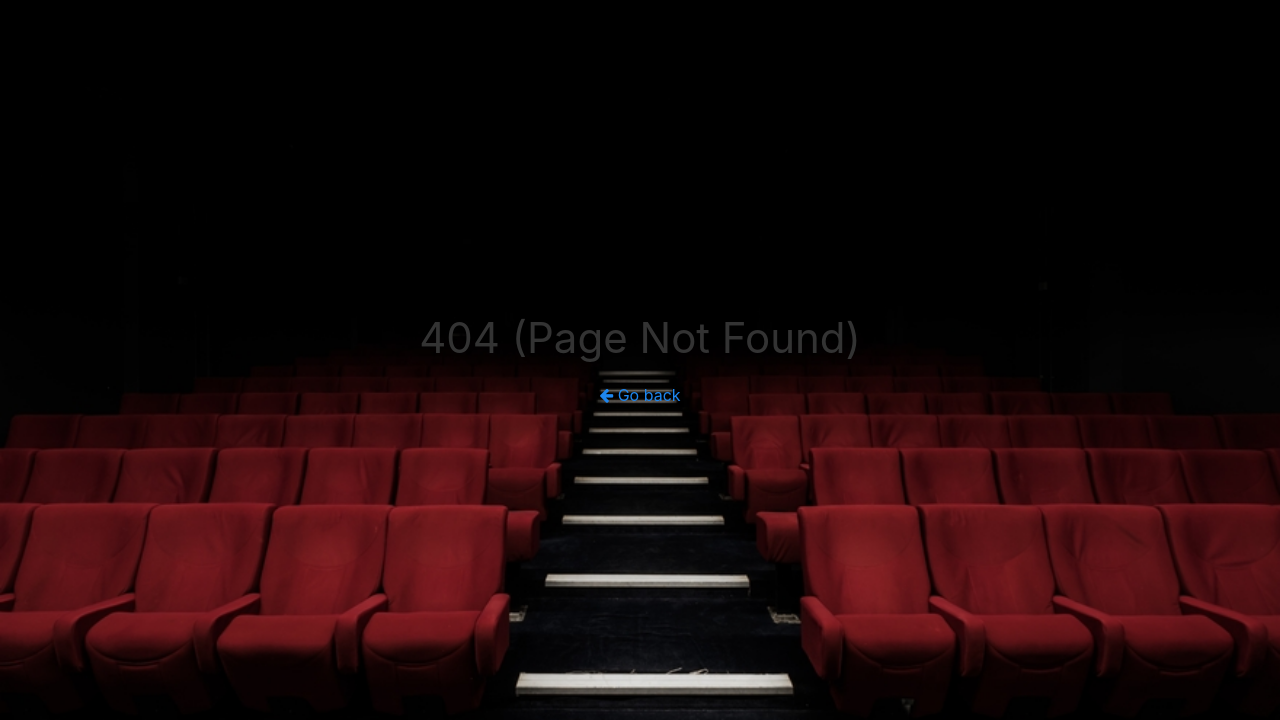
Repository: latenightsnacc/movie-db-app
Page: error.html
The author's editor kept a copy of each file at every save. The page is drawn from the files as they stood at one save, then again after the next save.
The browser window is 1280 px wide. The pictures show the whole page.
The style sheet was rebuilt from its Sass, Less or Tailwind sources for each picture, by a compiler version that may differ from the author's.

Above is the page before, as saved 2020-06-19 10:33:30.

### error.html
<!DOCTYPE html>
<html lang="en">
<head>
    <meta charset="UTF-8">
    <meta name="viewport" content="width=device-width, initial-scale=1.0">
    <!--Bootstrap-->
    <link rel="stylesheet" href="bootstrap-4.4.1-dist/bootstrap-4.4.1-dist/css/bootstrap.min.css">
    <!--Font Awesome-->
    <link rel="stylesheet" href="https://stackpath.bootstrapcdn.com/font-awesome/4.7.0/css/font-awesome.min.css">
    <!--UI kit-->
    <link rel="stylesheet" href="uikit-3.4.6/css/uikit.min.css">
    <!--Custom css-->
    <link rel="stylesheet" href="Stylesheet/stylesheet.css">
    <title>Movie App</title
</head>
<body>
    <main>
        <div class="container">
            <div class="error404">
                <h1>404 (Page Not Found)</h1>
                <a href="#" class="goBack"><i class="fa fa-arrow-left"></i>  Go back </a>
            </div>

        </div>
    </main>
    <!--Scripts-->
    <script src="https://code.jquery.com/jquery-3.4.1.slim.min.js" integrity="sha384-J6qa4849blE2+poT4WnyKhv5vZF5SrPo0iEjwBvKU7imGFAV0wwj1yYfoRSJoZ+n" crossorigin="anonymous"></script>
    <script src="https://cdn.jsdelivr.net/npm/popper.js@1.16.0/dist/umd/popper.min.js" integrity="sha384-Q6E9RHvbIyZFJoft+2mJbHaEWldlvI9IOYy5n3zV9zzTtmI3UksdQRVvoxMfooAo" crossorigin="anonymous"></script>
    <script src="https://stackpath.bootstrapcdn.com/bootstrap/4.4.1/js/bootstrap.min.js" integrity="sha384-wfSDF2E50Y2D1uUdj0O3uMBJnjuUD4Ih7YwaYd1iqfktj0Uod8GCExl3Og8ifwB6" crossorigin="anonymous"></script>
    <script src="bootstrap-4.4.1-dist/bootstrap-4.4.1-dist/js/bootstrap.min.js"></script>
    <script src="uikit-3.4.6/js/uikit.min.js"></script>
</body>
</html>

### Stylesheet/stylesheet.scss
@import 'variables';
@import 'animations';
@import 'header';
@import 'hero';
@import 'menu';
@import 'cards';
@import 'footer';
@import 'login';
@import 'movieInfoCard';
@import 'movieCast';
@import 'searchBtn';
@import 'modal';
@import 'NoWatchlist';
@import 'Error404';

*{
    margin: 0;
    padding: 0;
    list-style: none;
    text-decoration: none;
    outline: none;
}

body{
    background-image: $bg-Img;
    overflow-x: hidden !important;
    min-height: 100vh;
    background-size: cover;
    background-repeat: no-repeat;
    background-position: center;
}

.main {
    width: 100vw;
}
.row {
    margin: 20px 0px;
}

### Stylesheet/_variables.scss
@import url('https://fonts.googleapis.com/css2?family=IBM+Plex+Sans:wght@300;700&display=swap');

$font: 'IBM Plex Sans', sans-serif;
$bg-Img: url("/bg.jpg");
$transparent-bg: rgba(black, 0.5);
$dark: black;
$light: #fff;
$silver: #867c7c;
$golden: #DAA520;
$box-shadow: 0 5px 10px rgba($golden,0.4);
$box-shadow2: 0 2px 4px 1px rgba($golden,0.4);
$btn-shadow: 2px 20px 25px -15px rgba(0, 0, 0, 0.54);

### Stylesheet/_animations.scss
@keyframes animateOpacity {
    0% {
      opacity: 0;
    }
    100% {
      opacity: 1;
    }
  }

  @keyframes animateScale {
    0% {
      transform: scale(1.1);
    }
    100% {
      transform: scale(1);
    }
  }


  @keyframes pulse {
    from {
      transform: scale3d(1, 1, 1);
    }

    50% {
      transform: scale3d(1.05, 1.05, 1.05);
    }

    to {
      transform: scale3d(1, 1, 1);
    }
  }


  @-webkit-keyframes fadeIn {
    from {
      opacity: 0;
    }

    to {
      opacity: 1;
    }
  }

  @keyframes fadeIn {
    from {
      opacity: 0;
    }

    to {
      opacity: 1;
    }
  }

  .fadeIn {
    -webkit-animation-name: fadeIn;
    animation-name: fadeIn;
  }

  .animated {
    -webkit-animation-duration: 1s;
    animation-duration: 1s;
    -webkit-animation-fill-mode: both;
    animation-fill-mode: both;
  }

### Stylesheet/header.scss
@import 'variables';

.header {
    .nav{
        width: 100%;
        background-color: $dark;
        display: flex;
        align-items: center;
        justify-content: space-between;
        padding: 20px 0px;

        .navbar-items {
            display: flex;

            a.item{
                display: flex;
                align-items: center;
                margin-left: 12px;
                color: $golden;
                text-transform: uppercase;

                span.nav-icon{
                    color: $light;

                    .fa {
                        color: $light;
                        height: 40px;
                        width: 40px;
                        display: flex;
                        justify-content: center;
                        align-items: center;
                        border: 1px solid $light;
                        border-radius: 50%;
                    }
                }
                span.menu-text {
                    color: $golden !important;
                    padding-left: 10px;
                }

                &:hover{
                    text-decoration: none !important;
                    span.nav-icon{
                        color: $golden;

                        .fa{
                            color: golden;
                        }
                    }
                }

            }
            a.item.active {
                span.nav-icon{
                    color: $golden !important;

                    .fa{
                        color:$golden !important;
                    }
                }
            }
        }
    }

}

@media screen and (max-width: 600px){
    .header {
        .nav{
            justify-content: space-between;
            padding: 20px 0px;

            .navbar-items {
                display: flex;

                a.item{
                    display: flex;
                    align-items: center;
                    margin-left: 12px;
                    color: $golden !important;

                    span.nav-icon{
                        color: $golden;
                        .fa {
                            color: $golden !important;
                            height: 40px;
                            width: 40px;
                            display: flex;
                            justify-content: center;
                            align-items: center;
                            border: 1px solid $light;
                            border-radius: 50%;
                        }

                        &:hover {
                            transform: scale(1.2);
                            .fa {
                                border: 1px solid $golden;
                            }
                        }
                    }
                    span.menu-text {
                        display: none;
                    }

                }
            }
        }

    }
}

### Stylesheet/hero.scss
@import 'variables';

.hero-slide {
    position: relative;

    .uk-slideshow-items{
        position: relative;

            img {
                filter: brightness(80%) !important;
                height: 100%;
                width: 100%;
                position: absolute;
                top: 0;
                left: 0;
                background-position: center;
            }

            .img-overlay{
                height: 100%;
                width: 100%;
                position: absolute;
                top: 0;
                left: 0;
                z-index: 999;
            }

    }

    .uk-slideshow-items:after {
        position: absolute;
        content:"";
        height:100%;
        width:100%;
        top:0;
        left:0;
        background: linear-gradient(to bottom, rgba(0,0,0,0.5) 10%,rgba(0, 0, 0, 1) 90%);
    }

    .movie-features {
        position: absolute;
        top: 40%;
        left: 10%;

        .title {
            color: $light;
            font-weight: 700;
            font-family: $font;
            font-size: 80px;
            line-height: 100px;
        }
        dd {
            color: $light;
            line-height: 20px;
            font-family: $font;
            font-weight: 300;

        }
        .stars {
            *{
                color: $golden;
                font-size: 50px;
                line-height: 60px;
                text-shadow: $box-shadow;
            }
        }
        .category {
            color: $light;
            line-height: 20px;
            padding: 5px 0px;
        }
    }

}

@media screen and (max-width:730px){

    .movie-features {
        top: 25% !important;
        left: 10%;

        .title {

            font-size: 50px;
            line-height: 70px;
        }
        dd {
            line-height: 16px;
            padding: 5px 7px;
        }
        .stars {
            *{
                color: $golden;
                font-size: 40px;
                line-height: 60px;
                text-shadow: $box-shadow;
            }
        }
        .category {
            color: $light;
            line-height: 20px;
            padding: 5px 0px;
            font-size: 18px;
        }
    }

}

### Stylesheet/menu.scss
@import 'variables';

.filterMenu {
    background-color: $transparent-bg;

    .menuList {
        display: flex;
        width: 100%;
        justify-content: space-around;
        padding: 20px 0px;

        li {
            a {
                color: $light;
                font-family: $font;
                font-size: 20px;
                border: 1px solid $light;
                padding: 10px;
                border-radius: 3px;

                &:hover {
                    text-decoration: none;
                }

                &.active{
                    color: $golden;
                    border: 1px solid $golden;
                    font-weight: 500;
                }
            }

        }

    }

}

@media screen and (max-width:600px){
    .filterMenu {
        background-color: $transparent-bg;
        margin: 20px 0;

        .menuList {
            display: flex;
            width: 100%;
            justify-content: center;
            align-items: center;



            li {
                margin-right: 7px;
                a {
                    color: $light;
                    font-family: $font;
                    font-size: 12px;
                    border: 1px solid $light;
                    padding: 5px;
                    border-radius: 3px;

                    &:hover {
                        text-decoration: none;
                    }

                    &.active{
                        color: $golden;
                        border: 1px solid $golden;
                        font-weight: 500;
                    }
                }

            }

        }

    }
}

### Stylesheet/cards.scss
@import 'variables';

.card {
    background-color: $dark;
    box-shadow: $box-shadow;
    border: 1px solid $transparent-bg;
    height: auto;
    border-radius: 0px;
    width: 200px;

    .card-img{
        height: 300px;
        width: 200px;

        img{
            height: 100%;
            width: 100%;
        }
    }


    .card-content {
        // display: flex;
        // justify-content: space-between;
        width: 100%;
        // padding-top: 10px;



        .movie-content{
            position: relative;
            padding-left: 10px;
            .watchlist-btn {
                top: 10px;
                right: 10px;
                position: absolute;
                height: 40px;
                width: 40px;
                display: flex;
                justify-content: center;
                align-items: center;
                border-radius: 50%;
                padding: 5px;
                border: 1px solid $golden;
                .fa {
                    color: $light;
                }
            }
            .movie-title{
                padding-top: 15px;
                color: $light;
            }
            p{
                color: $light;
                font-size: 13px;

            }
        }

        span.card-rating {
            position: absolute;
            left: 7px;
            top: 7px;
            height: 40px;
            width: 40px;
            margin-right: 5px;
            display: flex;
            justify-content: center;
            align-items: center;
            border-radius: 50%;
            padding: 5px;
            border: 1px solid $golden;
            color: $golden;
            background-color: $dark;

        }
    }

    &:hover {
        transform: translateY();
    }
}

@media screen and (max-width:600px){

    .container.card-row {
        display: flex !important;
        flex-direction: column !important;
        align-items: center !important;
        justify-content: center !important;
        width: 100% !important;
        overflow-x: hidden !important;

        .card {
            // margin-bottom: 25px;
            margin: 10px auto;
        }
    }
}

### Stylesheet/login.scss
@import 'variables';

.form {
    height: 100vh;
    display: flex;
    align-items: center;
    justify-content: center;

    form {
        padding: 10px;
        background-color: $dark;
        box-shadow: $box-shadow;
        border: 2px solid $dark;
        border-top: 1px solid $light;
        display: flex;
        flex-direction: column;
        justify-content: center;
        height: 400px;
        width: 350px;

        .form-title {
            font-size: 20px;
            font-family: $font;
            line-height: 40px;
            text-transform: uppercase;
            color: $light;
            text-align: center;
            font-weight: 500;
        }

        .form-row {
            margin: 15px 0px;

            .form-control, .input-group-text {
                background-color: $transparent-bg;
                border: 0;
                border-bottom: 2px solid $light;
                border-radius: 0;
                color: $light;
                padding: 2px 5px;

                &:focus-within {
                    border: 0;
                    outline: none;
                    outline-color: $transparent-bg !important;
                    border-radius: 0;
                }
            }
            .input-group-text {
                color: $golden;
            }

        }
        .login {
            display: flex;
            flex-direction: column;
            align-items: center;
            justify-content: center;

            input[type="submit"]{
                background-color: $light;
                color: $dark;
                width: 100%;
                border: 2px solid $light;
                font-weight: 500;
                font-family: $font;
                padding: 2px;
                font-size: 18px;
            }
            .login-icons {
                color: $light;
                padding-top: 7px;

                a{
                    .fa {
                        padding-left: 7px;
                        color: $golden;
                    }

                    &:hover {
                        text-decoration: none;
                        transform: scale(1.1);
                    }
                }


            }

            p {
                margin-top: 0;
                padding-top: 5px;
                color: $light;
                    a{
                        color: $golden;
                        text-decoration: none;

                        &:hover {
                            text-decoration: none;
                        }
                    }
            }
        }
    }
}

### Stylesheet/movieInfoCard.scss
@import 'variables';
@import 'animations';
.movie {
    margin-top: 130px;
    background-color: rgba(0,0,0,.5);
    color: #dee2e6;
    position: relative;
    display: grid;
    grid-template:
        "image info"
        "image stat";
    justify-content: start;
    grid-template-columns: 300px 1fr;
    position: relative;

    .movie-title{
        color: $golden;
        line-height: 25px;
        margin-bottom: 0 !important;
    }

    .movie-info {
        grid-area: info;
    }
    .movie-stat {
        background-color: rgba(0,0,0,.8);
        width: 100%;
        padding: 15px;
        font-size: 1em;
        color: #adb5bd;
        grid-area: stat;
        align-self: end;
    }

    .movie-tagline {
        -webkit-animation: animateOpacity 2s ease;
        animation: animateOpacity 2s ease;
        margin-bottom: 15px;
        font-size: 1.2em;
        color: $light;
    }
    .modal {
        transform: translateY(-100vh) !important;
        opacity: 0 !important;
    }
    .movie-control{


        .movie-rating {
            position: absolute;
            top: 32%;
            right: 10%;
            height: 50px;
            width: 50px;
            border-radius: 50%;
            border: 2px solid $golden;
            display: flex;
            justify-content: center;
            align-items: center;
            padding: 2px;
            box-shadow: $box-shadow2;
        }
    }

    .btn-secondary{
        background-color: $golden !important;
        border: 2px solid $golden !important;
        outline-color: $golden !important;
        margin-bottom: 7px;

        &:focus {
            outline-color: $golden !important;
        }
    }

}



.align-items-center {
    align-items: center!important;
}
.justify-content-between {
    justify-content: space-between!important;
}
.d-flex {
    display: flex!important;
}


@media screen and (max-width: 1024px){
    .movie-rating {
        top: 26% !important;
    }
}
@media screen and (max-width: 769px){
    .movie-rating {
        top: 2% !important;
    }
}
@media screen and (max-width: 767px){
    .movie {
        display: grid;
        grid-template:
            "image"
            "info"
            "stat";
        justify-items: center;
    }
}

@media screen and (max-width: 600px){
    .movie-rating {
        top: 43% !important;
    }

    .movie-stats-text {
        display: none;
    }

}
@media screen and (max-width: 360px){
    .movie-rating {
        top: 53% !important;

    }

}
@media screen and (max-width: 320px){
    .movie-rating {
        top: 49% !important;
        right: 7% !important;
    }

}

### Stylesheet/movieCast.scss
@import 'variables';
@import 'animations';

.movie-cast{
    margin: 20px 0px;
    background-color: $dark;
    padding: 30px 0 0 30px;
    color: $light;
    h3.cast-title {
        color: $silver !important;
        text-transform: uppercase;
        font-weight: 500;
    }
}
.movie-cast-item {
    margin-bottom: 30px;
    margin-right: 30px;
    max-width: 150px;
    text-align: center;
    color: $light;
}

### Stylesheet/searchBtn.scss
@import 'variables';

body{
    position: relative;
}

#searchBtn.btn-primary {
    background-color: $dark !important;
    border: 2px solid $silver !important;
    position: fixed;
    right: 1%;
    bottom: 5%;
    height: 50px;
    width: 50px;
    border-radius: 50%;
    display: flex;
    justify-content: center;
    align-items: center;
    box-shadow: $box-shadow;
    &:hover, &:focus, &:active {
        outline-color: $golden !important;
    }

}

### Stylesheet/modal.scss
@import 'variables';

.modal-content{
    background-color: rgba($color: $dark, $alpha: 0.5) !important;
    border: 1px solid $light !important;

    .modal-header {
        border-bottom: 0px !important;

        .close, .modal-title {
            color: $light !important;
        }
    }
    .modal-footer {
        border-top:0px !important;
        padding: 5px 0px;
        .btn-secondary {
            background-color: $golden !important;
            color: $dark !important;
            border: 1px solid $golden !important;
            border-radius: 20px !important;
            outline-color: $golden !important;
            font-weight: 500;

            &:active {
                outline-color: $golden !important;
            }
        }
    }
    .input-group-text {
        background-color: rgba($color: $dark, $alpha: 0.5) !important;
        border: 0;
        border-bottom: 1px solid $light;
        border-radius: 0;
        color: $light;
        padding: 2px 5px;

        &:focus-within {
            border: 0;
            outline: none;
            outline-color: rgba($color: $dark, $alpha: 0.5) !important;
            border-radius: 0;
        }
    }
    .input-group-text {
        color: $golden;
    }
    .form-control{
        background-color: rgba($color: $dark, $alpha: 0.5) !important;
        border: 0px !important;
        border-bottom: 1px solid $light !important;
        color: $light !important;
        &::placeholder{
            color: $light !important;
        }

        &:active {
            outline-color: black !important;
        }
    }
}

### Stylesheet/NoWatchlist.scss
@import 'variables';

.card-lg {
    display: flex;
    align-items: center;
    justify-content: center;
    flex-direction: column;
    color: $light;
    font-size: 20px;
    line-height: 30px;
    padding: 20px 0px;
}

.goBtn {
    margin-top: 20px;
    background-color: $golden;
    color: $dark;
    outline: none;
    border: 1px solid $golden;
    font-size: 15px;
    padding: 10px;
    border-radius: 10px;

    &:hover {
        font-weight: 500;
    }
}

### Stylesheet/Error404.scss
@import 'variables';

.error404 {
    display: flex;
    flex-direction: column;
    height: 100vh;
    align-items: center;
    justify-content: center;
}
.goBack {
    &:hover {
        text-decoration: none;
    }
}

Loaded but not shown: bootstrap-4.4.1-dist/bootstrap-4.4.1-dist/css/bootstrap.min.css (library); uikit-3.4.6/css/uikit.min.css (library); bootstrap-4.4.1-dist/bootstrap-4.4.1-dist/js/bootstrap.min.js (library); uikit-3.4.6/js/uikit.min.js (library); Stylesheet/footer.scss (common file)

After the next save:
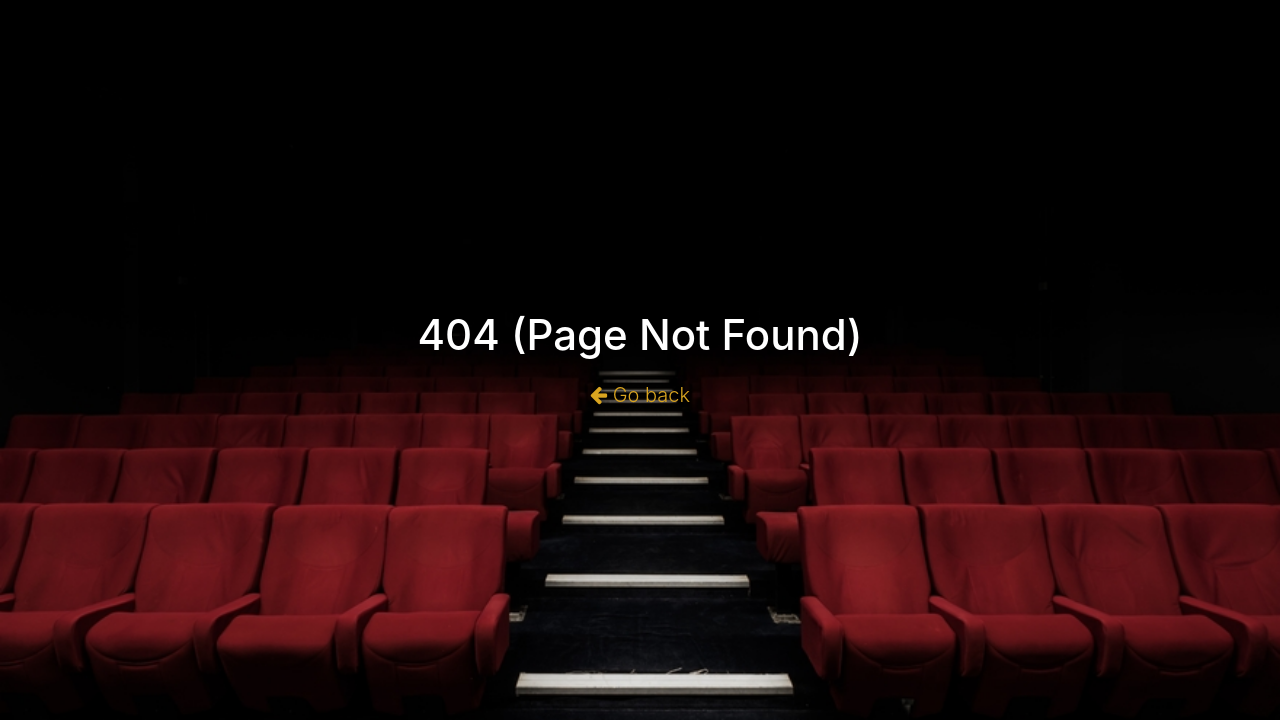
Saved 97 s later.
--- a/Stylesheet/Error404.scss
+++ b/Stylesheet/Error404.scss
@@ -6,8 +6,16 @@
     height: 100vh;
     align-items: center;
     justify-content: center;
+
+    h1 {
+        color: $light;
+        font-weight: 500;
+    }
 }
 .goBack {
+    font-size: 20px;
+    color: $golden;
+    font-weight: 300;
     &:hover {
         text-decoration: none;
     }
